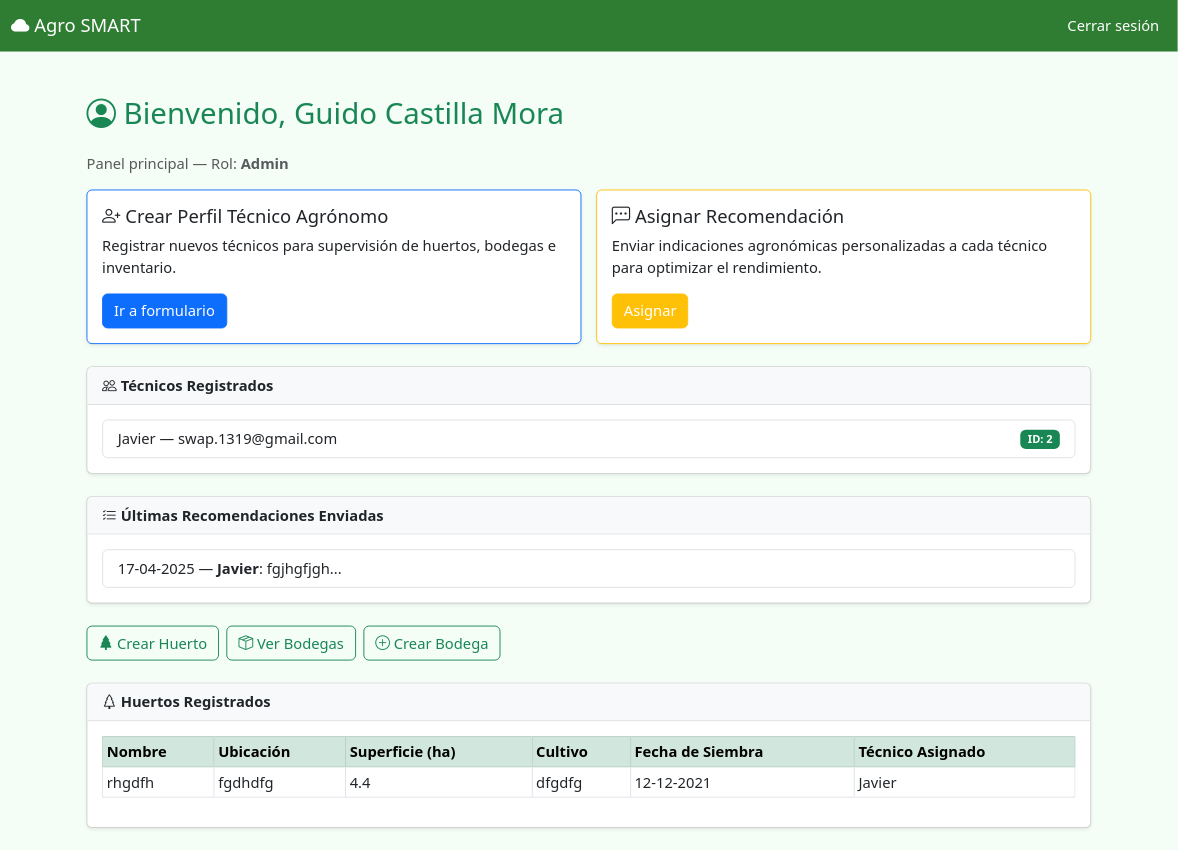
Repository: eikos4/Agrodeskv3
Page: http://localhost/dashboard
The author's editor kept a copy of each file at every save. The page is drawn from the files as they stood at one save, then again after the next save.
The browser window is 1280 px wide. The pictures show the whole page, at 92% of full size.
The page is served by the project's application, run on Flask 3 (app/__init__.py). The user the application loads for id 1 is signed in. Other server files are loaded and not shown. The page reads the database file committed with the project.

Above is the page before, as saved 2025-04-14 01:55:02.

### app/templates/dashboard.html
{% extends "base.html" %}

{% block title %}Panel Principal{% endblock %}

{% block content %}
<div class="container py-4">

  <!-- Título del panel -->
  <h2 class="mb-4 text-success">
    <i class="bi bi-person-circle"></i> Bienvenido, {{ current_user.name }}
  </h2>
  <p class="text-muted">Panel principal — Rol: <strong>{{ current_user.role|capitalize }}</strong></p>

  {% if notificaciones %}
  <!-- Notificaciones -->
  <div class="alert alert-light border-start border-4 border-success shadow-sm mb-4">
    <h5><i class="bi bi-bell-fill text-success"></i> Notificaciones</h5>
    <ul class="mb-0 ps-3">
      {% for n in notificaciones %}
        <li><strong>{{ n.titulo }}</strong> — {{ n.mensaje }} <small class="text-muted">({{ n.fecha.strftime('%d-%m-%Y') }})</small></li>
      {% endfor %}
    </ul>
  </div>
  {% endif %}

  <!-- Panel para Administradores -->
  {% if current_user.role == 'admin' %}
    <div class="row g-3 mb-4">
      <div class="col-md-6">
        <div class="card border-primary shadow-sm h-100">
          <div class="card-body">
            <h5 class="card-title"><i class="bi bi-person-plus"></i> Crear Perfil Técnico Agrónomo</h5>
            <p class="card-text">Registrar nuevos técnicos para supervisión de huertos, bodegas e inventario.</p>
            <a href="{{ url_for('admin.crear_tecnico') }}" class="btn btn-primary">Ir a formulario</a>
          </div>
        </div>
      </div>
      <div class="col-md-6">
        <div class="card border-warning shadow-sm h-100">
          <div class="card-body">
            <h5 class="card-title"><i class="bi bi-chat-left-dots"></i> Asignar Recomendación</h5>
            <p class="card-text">Enviar indicaciones agronómicas personalizadas a cada técnico para optimizar el rendimiento.</p>
            <a href="{{ url_for('admin.recomendar') }}" class="btn btn-warning text-white">Asignar</a>
          </div>
        </div>
      </div>
    </div>

    <!-- Técnicos Registrados -->
    <div class="card mb-4 shadow-sm">
      <div class="card-header bg-light">
        <strong><i class="bi bi-people"></i> Técnicos Registrados</strong>
      </div>
      <div class="card-body">
        <ul class="list-group">
          {% for tecnico in tecnicos %}
            <li class="list-group-item d-flex justify-content-between align-items-center">
              {{ tecnico.name }} — {{ tecnico.email }}
              <span class="badge bg-success">ID: {{ tecnico.id }}</span>
            </li>
          {% else %}
            <li class="list-group-item text-muted">No hay técnicos registrados aún.</li>
          {% endfor %}
        </ul>
      </div>
    </div>

    <!-- Últimas Recomendaciones -->
    <div class="card shadow-sm mb-4">
      <div class="card-header bg-light">
        <strong><i class="bi bi-list-check"></i> Últimas Recomendaciones Enviadas</strong>
      </div>
      <div class="card-body">
        <ul class="list-group">
          {% for r in ultimas_recomendaciones %}
            <li class="list-group-item">
              {{ r.fecha.strftime('%d-%m-%Y') }} — <strong>{{ r.tecnico.name }}</strong>: {{ r.contenido[:60] }}...
            </li>
          {% else %}
            <li class="list-group-item text-muted">Aún no se han enviado recomendaciones.</li>
          {% endfor %}
        </ul>
      </div>
    </div>

    <!-- Acciones Administrativas -->
    <div class="d-flex gap-2 mb-4">
      <a href="{{ url_for('admin.crear_huerto') }}" class="btn btn-outline-success">
        <i class="bi bi-tree-fill"></i> Crear Huerto
      </a>
      <a href="{{ url_for('admin.listar_bodegas') }}" class="btn btn-outline-success">
        <i class="bi bi-box-seam"></i> Ver Bodegas
      </a>
      <a href="{{ url_for('admin.crear_bodega') }}" class="btn btn-outline-success">
        <i class="bi bi-plus-circle"></i> Crear Bodega
      </a>
    </div>

    <!-- Huertos Registrados -->
    <div class="card mt-4 shadow-sm">
      <div class="card-header bg-light">
        <strong><i class="bi bi-tree"></i> Huertos Registrados</strong>
      </div>
      <div class="card-body">
        <div class="table-responsive">
          <table class="table table-bordered table-sm align-middle">
            <thead>
              <tr class="table-success">
                <th>Nombre</th>
                <th>Ubicación</th>
                <th>Superficie (ha)</th>
                <th>Cultivo</th>
                <th>Fecha de Siembra</th>
                <th>Técnico Asignado</th>
              </tr>
            </thead>
            <tbody>
              {% for h in huertos %}
              <tr>
                <td>{{ h.nombre }}</td>
                <td>{{ h.ubicacion }}</td>
                <td>{{ h.superficie_ha }}</td>
                <td>{{ h.tipo_cultivo }}</td>
                <td>{{ h.fecha_siembra.strftime('%d-%m-%Y') }}</td>
                <td>{{ h.responsable.name }}</td>
              </tr>
              {% else %}
              <tr><td colspan="6" class="text-muted">No hay huertos registrados.</td></tr>
              {% endfor %}
            </tbody>
          </table>
        </div>
      </div>
    </div>



  <!-- Panel para Técnicos -->
  {% elif current_user.role == 'tecnico' %}
    <div class="alert alert-success shadow-sm d-flex align-items-center mb-4">
      <i class="bi bi-megaphone fs-3 me-3"></i>
      <div>
        <h5 class="mb-1">Instrucciones Técnicas</h5>
        <p class="mb-0">Tu ingeniero agrónomo ha enviado las siguientes recomendaciones para tu gestión de campo.</p>
      </div>
    </div>

    <h4 class="text-success mb-3"><i class="bi bi-tree"></i> Mis Huertos</h4>
    <div class="row row-cols-1 row-cols-md-2 row-cols-lg-3 g-4">
      {% for h in huertos %}
      <div class="col">
        <div class="card border-success h-100 shadow-sm">
          <div class="card-header bg-success text-white">
            <h5 class="card-title mb-0"><i class="bi bi-tree-fill"></i> {{ h.nombre }}</h5>
          </div>
          <div class="card-body">
            <p><i class="bi bi-geo-alt-fill text-success"></i> <strong>Ubicación:</strong> {{ h.ubicacion }}</p>
            <p><i class="bi bi-flower2 text-success"></i> <strong>Cultivo:</strong> {{ h.tipo_cultivo }}</p>
            <p><i class="bi bi-rulers text-success"></i> <strong>Superficie:</strong> {{ h.superficie_ha }} ha</p>
            <p><i class="bi bi-calendar-check text-success"></i> <strong>Siembra:</strong> {{ h.fecha_siembra.strftime('%d-%m-%Y') }}</p>
          </div>
        </div>
      </div>
      {% else %}
      <div class="col-12">
        <div class="alert alert-info text-center">
          <i class="bi bi-info-circle"></i> No tienes huertos asignados aún.
        </div>
      </div>
      {% endfor %}
    </div>

    <!-- Recomendaciones Recientes -->
    <h4 class="text-success mb-3 mt-5"><i class="bi bi-clipboard-check"></i> Recomendaciones Recientes</h4>
    <div class="list-group shadow-sm">
      {% for r in recomendaciones %}
      <div class="list-group-item list-group-item-action border-start border-success border-4">
        <div class="d-flex w-100 justify-content-between">
          <h6 class="mb-1"><i class="bi bi-calendar-event text-success"></i> {{ r.fecha.strftime('%d-%m-%Y') }}</h6>
          {% if r.autor %}
          <small class="text-muted">Emitida por: {{ r.autor.name }}</small>
          {% endif %}
        </div>
        <p class="mb-1">📌 {{ r.contenido }}</p>
      </div>
      {% else %}
      <div class="list-group-item text-muted text-center">No tienes recomendaciones aún.</div>
      {% endfor %}
    </div>
  {% endif %}

  <!-- Bodegas Asignadas -->

{% endblock %}

### app/templates/base.html
<!DOCTYPE html>
<html lang="es">
<head>
    <meta charset="UTF-8">
    <title>{% block title %}AgroSMART{% endblock %}</title>
    <meta name="viewport" content="width=device-width, initial-scale=1">

    <!-- Bootstrap 5 -->
    <link href="https://cdn.jsdelivr.net/npm/bootstrap@5.3.0/dist/css/bootstrap.min.css" rel="stylesheet">

    <!-- Iconos de Bootstrap -->
    <link href="https://cdn.jsdelivr.net/npm/bootstrap-icons@1.10.5/font/bootstrap-icons.css" rel="stylesheet">

    <style>
        body {
            background-color: #f4fdf6;
        }
        .navbar-agro {
            background-color: #2e7d32; /* Verde oscuro */
        }
        .navbar-agro .nav-link,
        .navbar-agro .navbar-brand {
            color: #ffffff !important;
        }
        .navbar-agro .nav-link:hover {
            color: #c8e6c9 !important;
        }
        .btn-agro {
            background-color: #43a047;
            color: white;
        }
        .btn-agro:hover {
            background-color: #388e3c;
        }
    </style>
</head>
<body>

<nav class="navbar navbar-expand-lg navbar-agro">
  <div class="container-fluid">
    <a class="navbar-brand" href="{{ url_for('main.index') }}">
        <i class="bi bi-cloud-fill"></i> Agro SMART
    </a>
    <button class="navbar-toggler" type="button" data-bs-toggle="collapse" data-bs-target="#navbarNav">
      <span class="navbar-toggler-icon"></span>
    </button>
    <div class="collapse navbar-collapse justify-content-end" id="navbarNav">
      <ul class="navbar-nav">
        {% if current_user.is_authenticated %}
          <li class="nav-item">
            <a class="nav-link" href="{{ url_for('auth.logout') }}">Cerrar sesión</a>
          </li>
        {% endif %}
      </ul>
    </div>
  </div>
</nav>

<div class="container mt-4">
  {% with messages = get_flashed_messages(with_categories=true) %}
    {% if messages %}
      {% for category, message in messages %}
        <div class="alert alert-{{ category }} alert-dismissible fade show" role="alert">
          {{ message }}
          <button type="button" class="btn-close" data-bs-dismiss="alert" aria-label="Close"></button>
        </div>
      {% endfor %}
    {% endif %}
  {% endwith %}

  {% block content %}{% endblock %}
</div>

<!-- Bootstrap JS (opcional para alertas, menú móvil, etc.) -->
<script src="https://cdn.jsdelivr.net/npm/bootstrap@5.3.0/dist/js/bootstrap.bundle.min.js"></script>
</body>
</html>

### app/__init__.py
from flask import Flask
from flask_sqlalchemy import SQLAlchemy
from flask_login import LoginManager

from flask_migrate import Migrate

db = SQLAlchemy()
login_manager = LoginManager()
migrate = Migrate()

def create_app():
    app = Flask(__name__)
    app.config.from_object('config.Config')

    db.init_app(app)
    login_manager.init_app(app)
    migrate.init_app(app, db)

    from app.models import User  # Importar aquí para evitar ciclos
    @login_manager.user_loader
    def load_user(user_id):
        return User.query.get(int(user_id))

    # ✅ REGISTRO DE BLUEPRINTS
    from .routes.auth import auth_bp
    from .routes.admin import admin_bp
    from .routes.tecnico import tecnico_bp # type: ignore
    from .routes.main import main_bp  # Asegúrate de tener este también


    app.register_blueprint(auth_bp)
    app.register_blueprint(admin_bp)
    app.register_blueprint(tecnico_bp)
    app.register_blueprint(main_bp)


    return app

### app/routes/main.py
from flask import Blueprint, render_template

from app.models import User, Recomendacion, Huerto
from app.models import Bodega

from flask_login import login_required, current_user

main_bp = Blueprint('main', __name__)

@main_bp.route('/')
def index():
    return render_template('index.html')




@main_bp.route('/dashboard')
@login_required
def dashboard():
    if current_user.role == "admin":
        tecnicos = User.query.filter_by(role="tecnico").all()
        ultimas_recomendaciones = Recomendacion.query.order_by(Recomendacion.fecha.desc()).limit(5).all()
        huertos = Huerto.query.order_by(Huerto.fecha_siembra.desc()).all()
        return render_template(
            "dashboard.html",
            tecnicos=tecnicos,
            ultimas_recomendaciones=ultimas_recomendaciones,
            huertos=huertos
        )
    else:
        recomendaciones = Recomendacion.query.filter_by(tecnico_id=current_user.id).order_by(Recomendacion.fecha.desc()).limit(5).all()
        huertos = Huerto.query.filter_by(responsable_id=current_user.id).order_by(Huerto.fecha_siembra.desc()).all()
        bodegas = Bodega.query.filter_by(responsable_id=current_user.id).all()
        return render_template(
            "dashboard.html",
            recomendaciones=recomendaciones,
            huertos=huertos,
            bodegas=bodegas  # ✅ ahora se pasan las bodegas al template
        )

### instance/agrocloud.db (the tables this page reads, as SQL)
CREATE TABLE huertos (
	id INTEGER NOT NULL, 
	nombre VARCHAR(100) NOT NULL, 
	ubicacion VARCHAR(200), 
	superficie_ha FLOAT, 
	tipo_cultivo VARCHAR(100), 
	fecha_siembra DATE, 
	responsable_id INTEGER, 
	created_at DATETIME, 
	updated_at DATETIME, 
	PRIMARY KEY (id), 
	FOREIGN KEY(responsable_id) REFERENCES users (id)
);
INSERT INTO "huertos" VALUES
(1, 'rhgdfh', 'fgdhdfg', 4.4, 'dfgdfg', '2021-12-12', 2, '2025-04-17 23:33:06.089359', '2025-04-17 23:33:06.089369');

CREATE TABLE recomendacion (
	id INTEGER NOT NULL, 
	contenido TEXT NOT NULL, 
	fecha DATETIME, 
	categoria VARCHAR(100), 
	estado VARCHAR(20), 
	adjunto VARCHAR(200), 
	tecnico_id INTEGER, 
	autor_id INTEGER, 
	PRIMARY KEY (id), 
	FOREIGN KEY(autor_id) REFERENCES users (id), 
	FOREIGN KEY(tecnico_id) REFERENCES users (id)
);
INSERT INTO "recomendacion" VALUES
(1, 'fgjhgfjgh', '2025-04-17 23:45:08.317837', NULL, 'pendiente', NULL, 2, NULL);

CREATE TABLE users (
	id INTEGER NOT NULL, 
	name VARCHAR(100) NOT NULL, 
	email VARCHAR(150) NOT NULL, 
	password VARCHAR(200) NOT NULL, 
	role VARCHAR(20) NOT NULL, 
	created_by INTEGER, 
	created_at DATETIME, 
	updated_at DATETIME, 
	PRIMARY KEY (id), 
	FOREIGN KEY(created_by) REFERENCES users (id)
);
INSERT INTO "users" VALUES
(1, 'Guido Castilla Mora', 'guido@agrocloud.cl', 'scrypt:32768:8:1$UcWMlIv4oViOaPQj$4d5777988d157cd96fb4feac4110ea1bd0b5c715f32791a37922e6941c228e9e4a723003b095e46d76f2f310074ab29ee94bd776404a8144e13cb43c19d4e559', 'admin', NULL, '2025-04-17 23:16:18.435664', '2025-04-17 23:16:18.435670'),
(2, 'Javier', 'swap.1319@gmail.com', 'scrypt:32768:8:1$6y2Fs4lw9H8hl7u6$885c992452306bc98f13c96bcb742ceadf1163ed18b430c5432c8e8348a8c488ac66ad511bedece8ab926819446097d01a13d8a0e0b2642220f0106ab8d197e6', 'tecnico', 1, '2025-04-17 23:17:48.669882', '2025-04-17 23:18:13.070963');

After the next save:
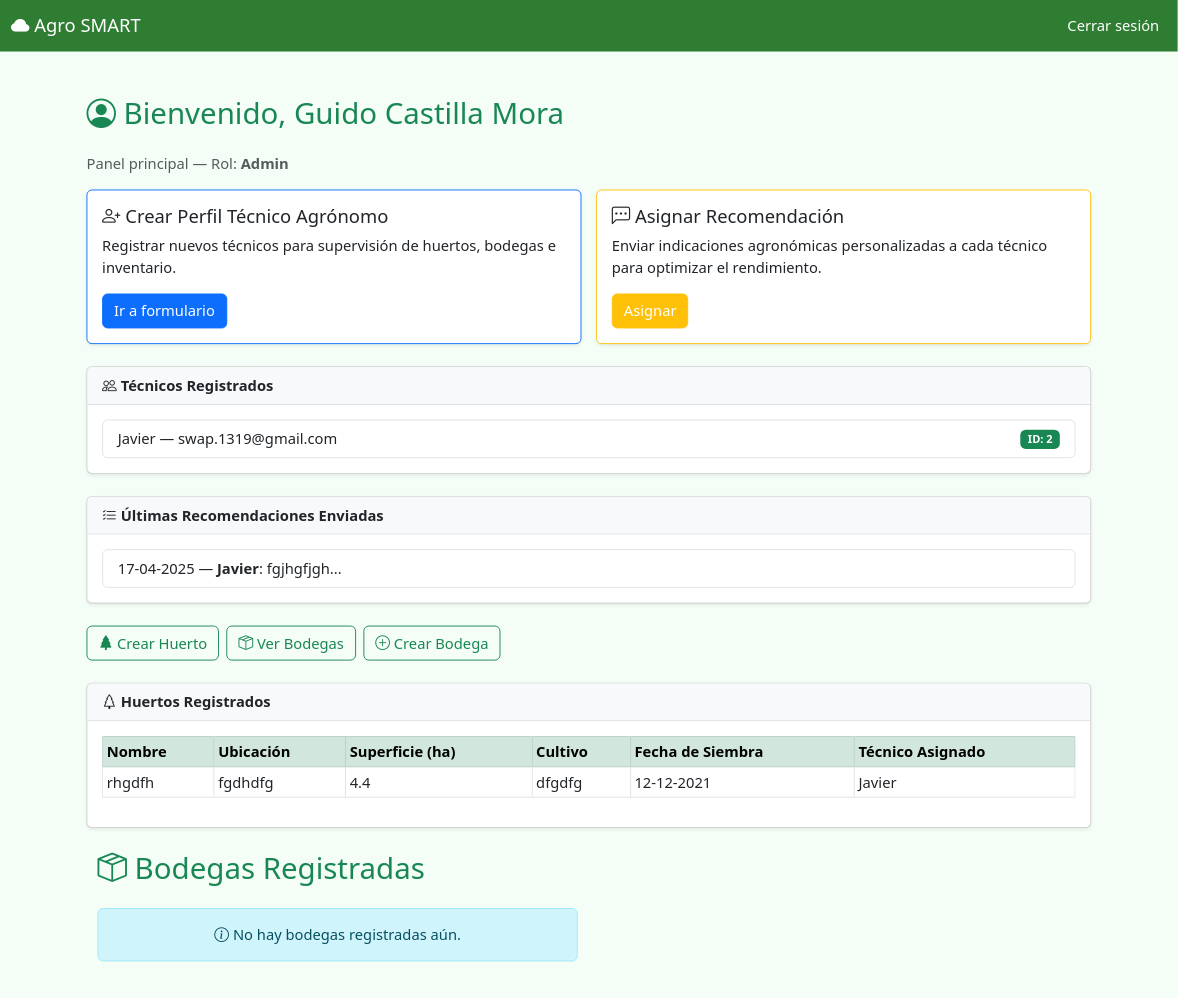
Saved 6 s later.
--- a/app/templates/dashboard.html
+++ b/app/templates/dashboard.html
@@ -190,5 +190,34 @@
   {% endif %}
 
   <!-- Bodegas Asignadas -->
-
+  <div class="container mt-4">
+    <h2 class="text-success mb-4"><i class="bi bi-box-seam"></i> Bodegas Registradas</h2>
+
+    <div class="row row-cols-1 row-cols-md-2 g-4">
+      {% for bodega in bodegas %}
+      <div class="col">
+        <div class="card border-success shadow-sm h-100">
+          <div class="card-header bg-success text-white d-flex justify-content-between align-items-center">
+            <strong><i class="bi bi-house-door-fill"></i> {{ bodega.nombre }}</strong>
+            <small>{{ bodega.huerto.nombre }}</small>
+          </div>
+          <div class="card-body">
+            <p><i class="bi bi-geo-alt-fill text-success"></i> <strong>Ubicación:</strong> {{ bodega.ubicacion or "No especificada" }}</p>
+            <p><i class="bi bi-person-circle text-success"></i> <strong>Responsable:</strong> {{ bodega.responsable.name if bodega.responsable else 'Sin asignar' }}</p>
+            <a href="{{ url_for('admin.ver_quimicos', bodega_id=bodega.id) }}" class="btn btn-outline-success btn-sm mt-2">
+              {# <a href="{{ url_for('admin.ver_quimicos', bodega_id=bodega.id) }}">Ver químicos</a> #}
+
+            </a>
+          </div>
+        </div>
+      </div>
+      {% else %}
+      <div class="col-12">
+        <div class="alert alert-info text-center">
+          <i class="bi bi-info-circle"></i> No hay bodegas registradas aún.
+        </div>
+      </div>
+      {% endfor %}
+    </div>
+  </div>
 {% endblock %}
